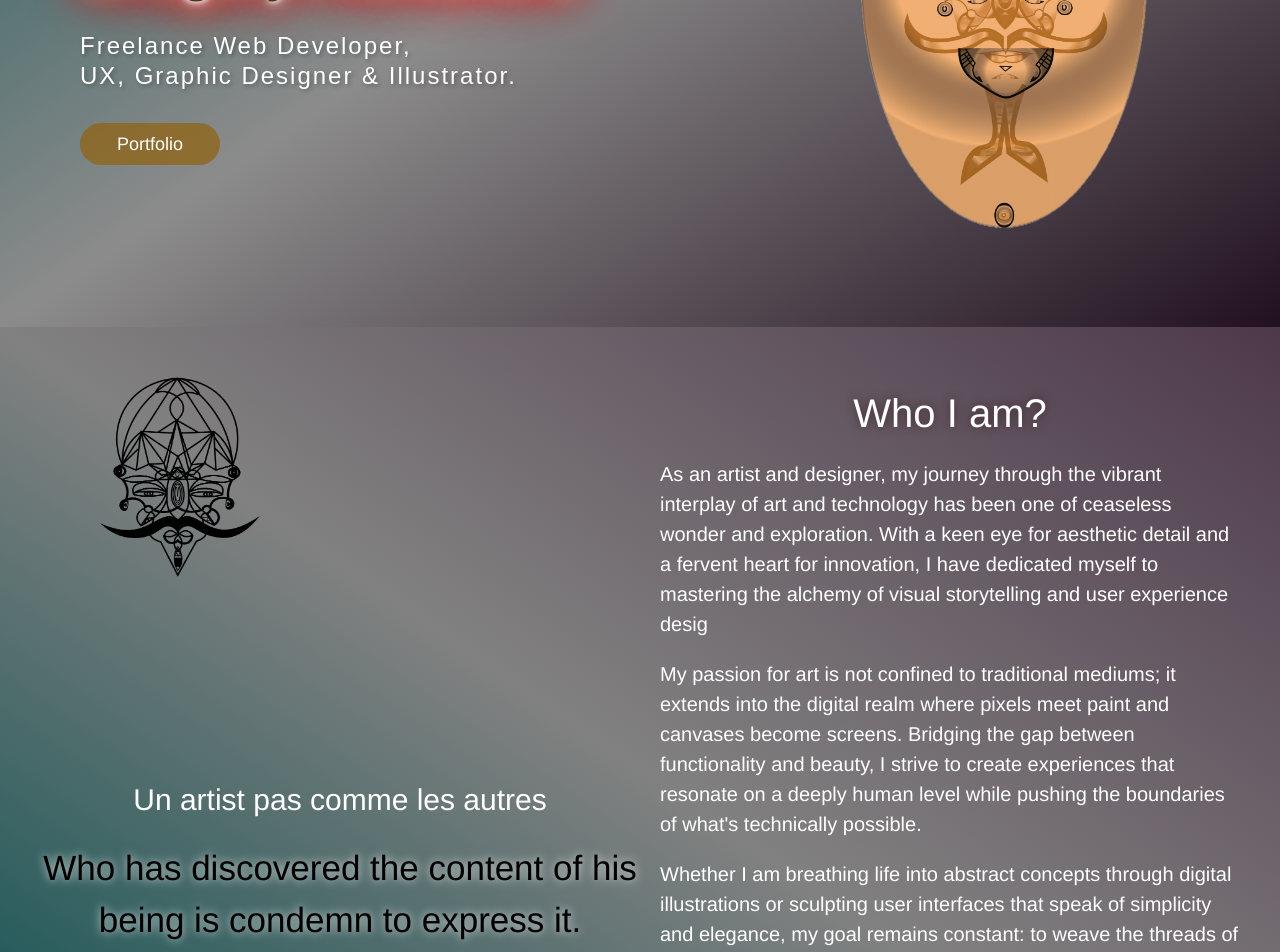
Repository: al-XLeMEsTRE/al-XLeMEsTRE
Page: index.html
The author's editor kept a copy of each file at every save. The page is drawn from the files as they stood at one save, then again after the next save.
The browser window is 1280 px wide. The pictures show the part of the page from y = 553 to 1505 px (the page is 5520 px tall).
A picture or video elsewhere on the page could not be fetched, so the positions and the page height are approximate.

Above is the page before, as saved 2023-11-23 19:29:03.

After the next save:
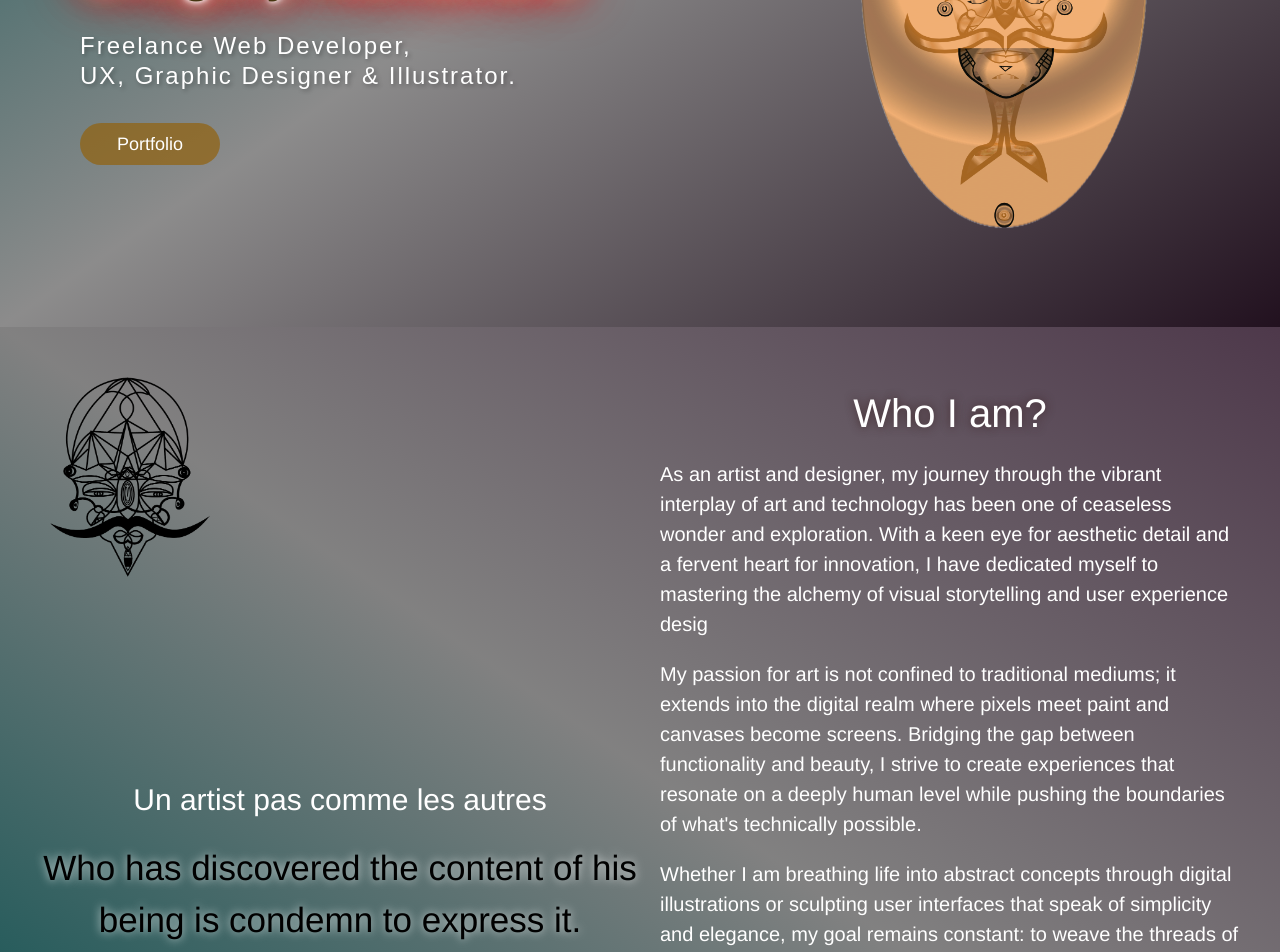
Saved 5 s later.
--- a/style/styles.css
+++ b/style/styles.css
@@ -305,7 +305,7 @@
 
 .about__image {
   top: -10px;
-  left: 60px;
+  left: 10px;
   position: relative;
   width: 160px;
   height: 200px;
